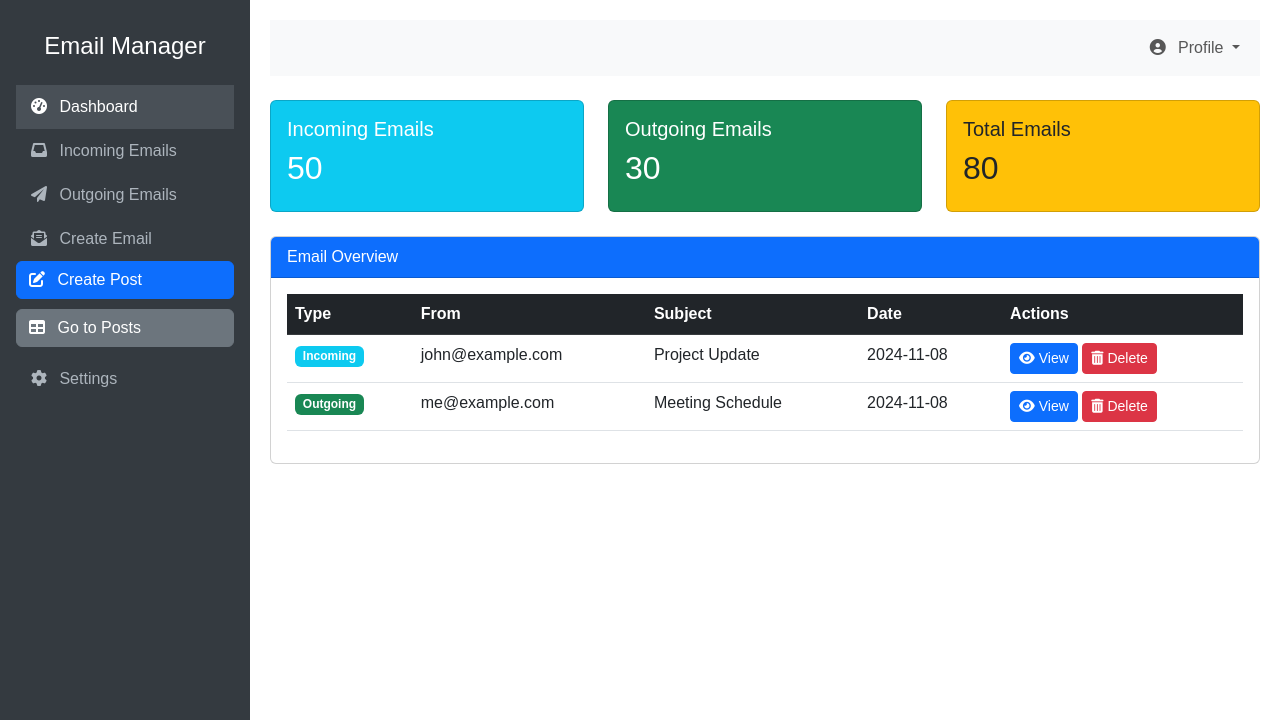
Repository: Abdulahi338/Authentication-using-laravel-11
Page: http://localhost/dashboard
The author's editor kept a copy of each file at every save. The page is drawn from the files as they stood at one save, then again after the next save.
The browser window is 1280 px wide. The pictures show the whole page.
The page is served by the project's Laravel application, run on PHP 8.4 with Laravel 12. A made-up administrator, Test User (test@example.com), is signed in. Other server files are loaded and not shown.

Above is the page before, as saved 2024-11-09 11:17:23.

### routes/web.php
<?php


use Illuminate\Support\Facades\Route;
use App\Http\Controllers\AuthController;
use App\Http\Controllers\EmailController;
use Illuminate\Support\Facades\Auth;

// Guest routes (not logged in)
Route::middleware('guest')->group(function () {
    // Home route
    Route::get('/', function () {
        return view('layouts.app');
    })->name('home');

    // Registration routes
    Route::get('/register', function () {
        return view('auth.register');
    })->name('register.form');

    Route::post('/register', [AuthController::class, 'register'])->name('register');

    // Login routes
    Route::get('/login', function () {
        return view('auth.login');
    })->name('login.form');

    Route::post('/login', [AuthController::class, 'login'])->name('login');

    // Password reset request routes
    Route::get('/password/reset', [AuthController::class, 'showResetRequestForm'])->name('password.request');
    Route::post('/password/email', [AuthController::class, 'sendResetLinkEmail'])->name('password.email');

    // Password reset routes
    Route::get('/password/reset/{token}/{email}', [AuthController::class, 'showResetForm'])->name('password.reset');
    Route::post('/password/reset', [AuthController::class, 'reset'])->name('password.update');
    Route::get('/verify-email/{token}', [AuthController::class, 'verifyEmail'])->name('verification.verify');



});

// Authenticated routes (users who are logged in)
Route::middleware('auth')->group(function () {
     // Email verification route

    // Verification notice route
    Route::get('/verification-notice', function () {
        return view('auth.verification-notice');
    })->name('verification.notice');
        // Resend verification route
        Route::post('/resend-verification', [AuthController::class, 'resendVerification'])->name('verification.resend');
    // Dashboard route
    Route::get('/dashboard', [AuthController::class, 'dashboard'])->name('dashboard');

    // Logout route
    Route::post('/logout', [AuthController::class, 'logout'])->name('logout');

});


use App\Http\Controllers\PostController;

Route::middleware(['auth', 'verified'])->group(function () {
    Route::get('/posts', [PostController::class, 'index'])->name('posts.index');
    Route::get('/posts/create', [PostController::class, 'create'])->name('posts.create');
    Route::post('/posts', [PostController::class, 'store'])->name('posts.store');
    Route::get('/posts/{post}/edit', [PostController::class, 'edit'])->name('posts.edit');
    Route::put('/posts/{post}', [PostController::class, 'update'])->name('posts.update');
    Route::delete('/posts/{post}', [PostController::class, 'destroy'])->name('posts.destroy');


        // Email Routes
        Route::get('/emails', [EmailController::class, 'index'])->name('emails.index');
        Route::get('/emails/create', [EmailController::class, 'create'])->name('emails.create');
        Route::post('/emails', [EmailController::class, 'store'])->name('emails.store');
        Route::delete('/emails/{incomingEmail}', [EmailController::class, 'destroy'])->name('emails.destroy');
});

### app/Models/User.php
<?php

namespace App\Models;

// use Illuminate\Contracts\Auth\MustVerifyEmail;
use Illuminate\Database\Eloquent\Factories\HasFactory;
use Illuminate\Foundation\Auth\User as Authenticatable;
use Illuminate\Notifications\Notifiable;

class User extends Authenticatable
{
    use HasFactory, Notifiable;

    /**
     * The attributes that are mass assignable.
     *
     * @var array<int, string>
     */
    // User.php
public function posts()
{
    return $this->hasMany(Post::class);
}


    protected $fillable = [
        'name',
        'email',
        'password',
    ];

    /**
     * The attributes that should be hidden for serialization.
     *
     * @var array<int, string>
     */
    protected $hidden = [
        'password',
        'remember_token',
    ];

    /**
     * Get the attributes that should be cast.
     *
     * @return array<string, string>
     */
    protected function casts(): array
    {
        return [
            'email_verified_at' => 'datetime',
            'password' => 'hashed',
        ];
    }
}

### app/Http/Controllers/AuthController.php
<?php

namespace App\Http\Controllers;

use App\Models\User;
use App\Mail\VerificationMail;
use Illuminate\Http\Request;
use Illuminate\Support\Facades\Hash;
use Illuminate\Support\Facades\Mail;
use Illuminate\Support\Facades\DB;
use Illuminate\Support\Str;
use Illuminate\Support\Facades\Password;

class AuthController extends Controller
{
    // Registration function
    public function register(Request $request)
    {
        // Validate user input
        $validated = $request->validate([
            'name' => 'required|string|max:255',
            'email' => 'required|email|unique:users,email',
            'password' => 'required|string|min:3|confirmed', // Password should be more secure
        ]);

        // Hash password and create the user
        $user = User::create([
            'name' => $validated['name'],
            'email' => $validated['email'],
            'password' => Hash::make($validated['password']),
        ]);

        // Generate verification token
        $token = Str::random(32);
        DB::table('email_verifications')->insert([
            'user_id' => $user->id,
            'token' => $token,
            'created_at' => now(),
        ]);

        // Send verification email
        Mail::to($user->email)->send(new VerificationMail($user, $token));

        // Redirect to login with a success message
        return redirect()->route('login')->with('message', 'Registration successful! Please check your email to verify your account.');
    }

    // Login function
    public function login(Request $request)
    {
        // Validate the login request
        $credentials = $request->validate([
            'email' => 'required|email',
            'password' => 'required|string',
        ]);

        // Attempt to find the user
        $user = User::where('email', $credentials['email'])->first();

        if (!$user) {
            return redirect()->back()->withErrors(['email' => 'Invalid credentials.'])->withInput();
        }

        // Check if the email is verified
        if (!$user->email_verified_at) {
            return redirect()->back()->withErrors(['email' => 'Please verify your email first.'])->withInput();
        }

        // Check the password
        if (!Hash::check($credentials['password'], $user->password)) {
            return redirect()->back()->withErrors(['email' => 'Invalid credentials.'])->withInput();
        }

        // Log the user in
        auth()->login($user);

        return redirect()->route('dashboard'); // Redirect to the dashboard after successful login
    }

    // Email Verification function
    public function verifyEmail($token)
    {
        // Look for the token in the email_verifications table
        $verification = DB::table('email_verifications')->where('token', $token)->first();

        // If the token is not found, return an error
        if (!$verification) {
            return redirect()->route('login')->withErrors(['token' => 'Invalid verification token.']);
        }

        // Find the user by the token
        $user = User::find($verification->user_id);

        // Mark email as verified
        $user->email_verified_at = now();
        $user->save();

        // Optionally delete the token after successful verification
        DB::table('email_verifications')->where('token', $token)->delete();

        // Log the user in
        auth()->login($user);

        return redirect()->route('dashboard')->with('message', 'Email verified successfully! Welcome to your dashboard.');
    }

    // Resend Email Verification
    public function resendVerification(Request $request)
    {
        // Validate the request
        $request->validate([
            'email' => 'required|email',
        ]);

        // Find the user by email
        $user = User::where('email', $request->email)->first();

        if (!$user) {
            return redirect()->back()->withErrors(['email' => 'User not found.']);
        }

        // Check if the user already has a verified email
        if ($user->email_verified_at) {
            return redirect()->back()->withErrors(['email' => 'Email is already verified.']);
        }

        // Generate a new verification token
        $token = Str::random(32);

        // Update or create a new verification record
        DB::table('email_verifications')->updateOrInsert(
            ['user_id' => $user->id],
            ['token' => $token, 'created_at' => now()]
        );

        // Send the verification email
        Mail::to($user->email)->send(new VerificationMail($user, $token));

        return redirect()->back()->with('message', 'Verification email resent.');
    }

    // Show password reset request form
    public function showResetRequestForm()
    {
        return view('auth.passwords.email');
    }

    // Handle sending the reset link
    public function sendResetLinkEmail(Request $request)
    {
        // Validate the request
        $request->validate([
            'email' => 'required|email',
        ]);

        // Send the reset link
        $status = Password::sendResetLink($request->only('email'));

        // Return response based on the status
        return $status === Password::RESET_LINK_SENT
            ? back()->with('status', __($status))
            : back()->withErrors(['email' => __($status)]);
    }

    // Password Reset Form
    public function showResetForm($token, $email)
    {
        return view('auth.passwords.reset')->with(['token' => $token, 'email' => $email]);
    }

    // Handle password reset
    public function reset(Request $request)
    {
        // Validate the request
        $request->validate([
            'email' => 'required|email',
            'password' => 'required|string|min:3|confirmed',
            'token' => 'required',
        ]);

        // Reset the password
        $status = Password::reset(
            $request->only('email', 'password', 'password_confirmation', 'token'),
            function ($user) use ($request) {
                $user->password = Hash::make($request->password);
                $user->save();
            }
        );

        // Redirect or return based on the status
        return $status === Password::PASSWORD_RESET
            ? redirect()->route('login')->with('status', __($status))
            : back()->withErrors(['email' => __($status)]);
    }

    // Dashboard
    public function dashboard()
    {
        if (auth()->check()) {
            return view('dashboard', ['user' => auth()->user()]);
        }

        return redirect('/login')->with('message', 'Please log in first.');
    }

    // Logout
    public function logout(Request $request)
    {
        auth()->logout();
        return redirect('/login')->with('message', 'You have been logged out successfully!');
    }
}

### resources/views/dashboard.blade.php
<!DOCTYPE html>
<html lang="en">
<head>
<meta charset="UTF-8">
<meta name="viewport" content="width=device-width, initial-scale=1.0">
<title>Email Management Dashboard</title>
<!-- Bootstrap 5 CSS -->
<link href="https://cdn.jsdelivr.net/npm/bootstrap@5.3.0/dist/css/bootstrap.min.css" rel="stylesheet">
<!-- Icons (Bootstrap Icons) -->
<link href="https://cdnjs.cloudflare.com/ajax/libs/font-awesome/6.0.0/css/all.min.css" rel="stylesheet">
<style>
    body {
        font-family: Arial, sans-serif;
    }
    .sidebar {
        height: 100vh;
        width: 250px;
        background-color: #343a40;
        color: #fff;
        position: fixed;
    }
    .sidebar .nav-link {
        color: #adb5bd;
        padding: 10px 15px;
    }
    .sidebar .nav-link.active {
        background-color: #495057;
        color: #fff;
    }
    .sidebar .btn {
        width: 100%;
        margin-bottom: 10px;
        text-align: left;
    }
    .content {
        margin-left: 250px;
        padding: 20px;
    }
</style>
</head>
<body>
    <!-- Sidebar -->
    <div class="sidebar d-flex flex-column p-3">
        <h4 class="text-center py-3">Email Manager</h4>
        <ul class="nav flex-column">
            <li class="nav-item">
                <a href="#" class="nav-link active"><i class="fas fa-tachometer-alt me-2"></i> Dashboard</a>
            </li>
            <li class="nav-item">
                <a href="#" class="nav-link"><i class="fas fa-inbox me-2"></i> Incoming Emails</a>
            </li>
            <li class="nav-item">
                <a href="#" class="nav-link"><i class="fas fa-paper-plane me-2"></i> Outgoing Emails</a>
            </li>
            <li class="nav-item">
                <a href="{{ url('/emails/create') }}"  class="nav-link"><i class="fas fa-envelope-open-text me-2"></i> Create Email</a>
            </li>
            <li class="nav-item">
                <a href="{{ url('/posts/create') }}" class="btn btn-primary"><i class="fas fa-edit me-2"></i> Create Post</a>
            </li>
            <li class="nav-item">
                <a href="{{ url('/posts') }}" class="btn btn-secondary"><i class="fas fa-table me-2"></i> Go to Posts</a>
            </li>
            <li class="nav-item">
                <a href="#" class="nav-link"><i class="fas fa-cog me-2"></i> Settings</a>
            </li>
        </ul>
    </div>

    <!-- Main Content -->
    <div class="content">
        <!-- Navbar -->
        <nav class="navbar navbar-expand-lg navbar-light bg-light mb-4">
            <div class="container-fluid">
                <button class="navbar-toggler" type="button" data-bs-toggle="collapse" data-bs-target="#navbarNav">
                    <span class="navbar-toggler-icon"></span>
                </button>
                <div class="collapse navbar-collapse" id="navbarNav">
                    <ul class="navbar-nav ms-auto">
                        <li class="nav-item dropdown">
                            <a class="nav-link dropdown-toggle" href="#" role="button" data-bs-toggle="dropdown">
                                <i class="fas fa-user-circle me-2"></i> Profile
                            </a>
                            <ul class="dropdown-menu">
                                <li><a class="dropdown-item" href="#">Settings</a></li>
                                <li><a class="dropdown-item" href="#">Logout</a></li>
                            </ul>
                        </li>
                    </ul>
                </div>
            </div>
        </nav>

        <!-- Dashboard Overview Cards -->
        <div class="row mb-4">
            <div class="col-md-4">
                <div class="card bg-info text-white">
                    <div class="card-body">
                        <h5>Incoming Emails</h5>
                        <h2>50</h2>
                    </div>
                </div>
            </div>
            <div class="col-md-4">
                <div class="card bg-success text-white">
                    <div class="card-body">
                        <h5>Outgoing Emails</h5>
                        <h2>30</h2>
                    </div>
                </div>
            </div>
            <div class="col-md-4">
                <div class="card bg-warning text-dark">
                    <div class="card-body">
                        <h5>Total Emails</h5>
                        <h2>80</h2>
                    </div>
                </div>
            </div>
        </div>

        <!-- Email Table -->
        <div class="card">
            <div class="card-header bg-primary text-white">
                Email Overview
            </div>
            <div class="card-body">
                <table class="table table-hover">
                    <thead class="table-dark">
                        <tr>
                            <th>Type</th>
                            <th>From</th>
                            <th>Subject</th>
                            <th>Date</th>
                            <th>Actions</th>
                        </tr>
                    </thead>
                    <tbody>
                        <tr>
                            <td><span class="badge bg-info">Incoming</span></td>
                            <td>john@example.com</td>
                            <td>Project Update</td>
                            <td>2024-11-08</td>
                            <td>
                                <button class="btn btn-sm btn-primary"><i class="fas fa-eye"></i> View</button>
                                <button class="btn btn-sm btn-danger"><i class="fas fa-trash-alt"></i> Delete</button>
                            </td>
                        </tr>
                        <tr>
                            <td><span class="badge bg-success">Outgoing</span></td>
                            <td>me@example.com</td>
                            <td>Meeting Schedule</td>
                            <td>2024-11-08</td>
                            <td>
                                <button class="btn btn-sm btn-primary"><i class="fas fa-eye"></i> View</button>
                                <button class="btn btn-sm btn-danger"><i class="fas fa-trash-alt"></i> Delete</button>
                            </td>
                        </tr>
                    </tbody>
                </table>
            </div>
        </div>
    </div>

    <!-- Bootstrap 5 JavaScript -->
    <script src="https://cdn.jsdelivr.net/npm/bootstrap@5.3.0/dist/js/bootstrap.bundle.min.js"></script>
</body>
</html>

Loaded but not shown: app/Http/Controllers/Controller.php (common file)

After the next save:
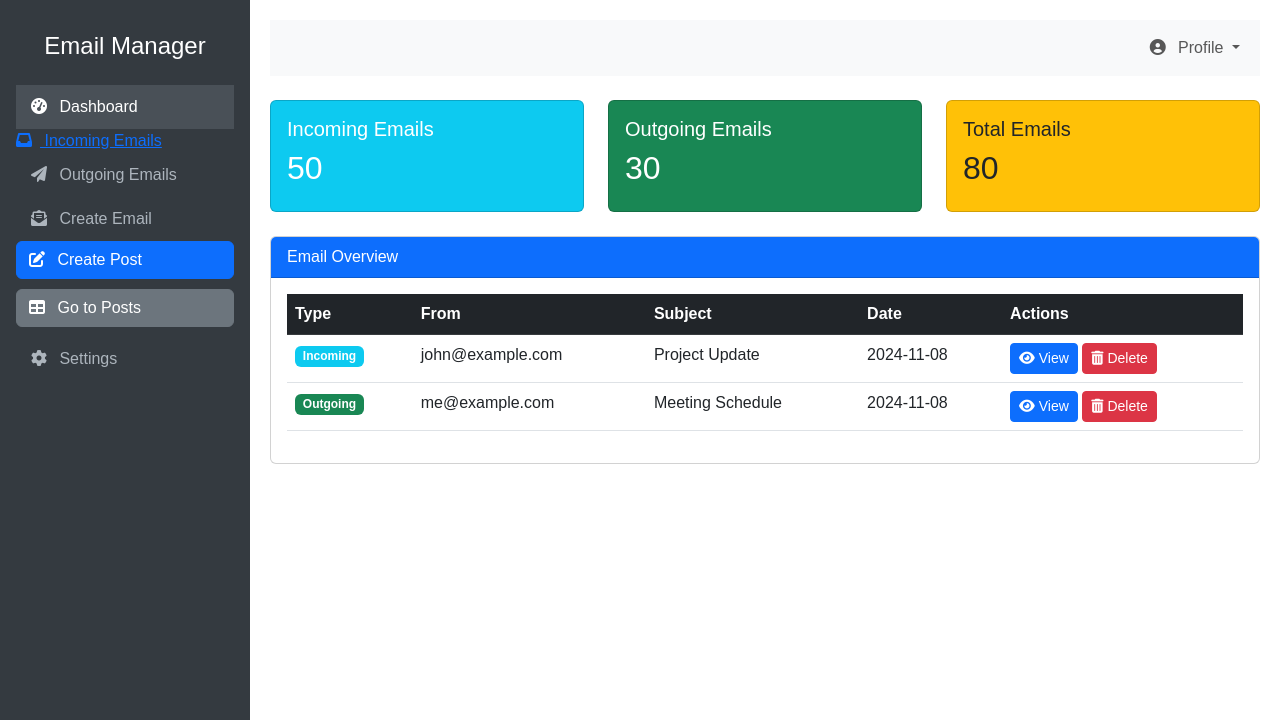
Saved 5 min 50 s later.
--- a/resources/views/dashboard.blade.php
+++ b/resources/views/dashboard.blade.php
@@ -47,7 +47,7 @@
                 <a href="#" class="nav-link active"><i class="fas fa-tachometer-alt me-2"></i> Dashboard</a>
             </li>
             <li class="nav-item">
-                <a href="#" class="nav-link"><i class="fas fa-inbox me-2"></i> Incoming Emails</a>
+                <a href="#" class="{ url('/emails/incoming') }}"><i class="fas fa-inbox me-2"></i> Incoming Emails</a>
             </li>
             <li class="nav-item">
                 <a href="#" class="nav-link"><i class="fas fa-paper-plane me-2"></i> Outgoing Emails</a>
